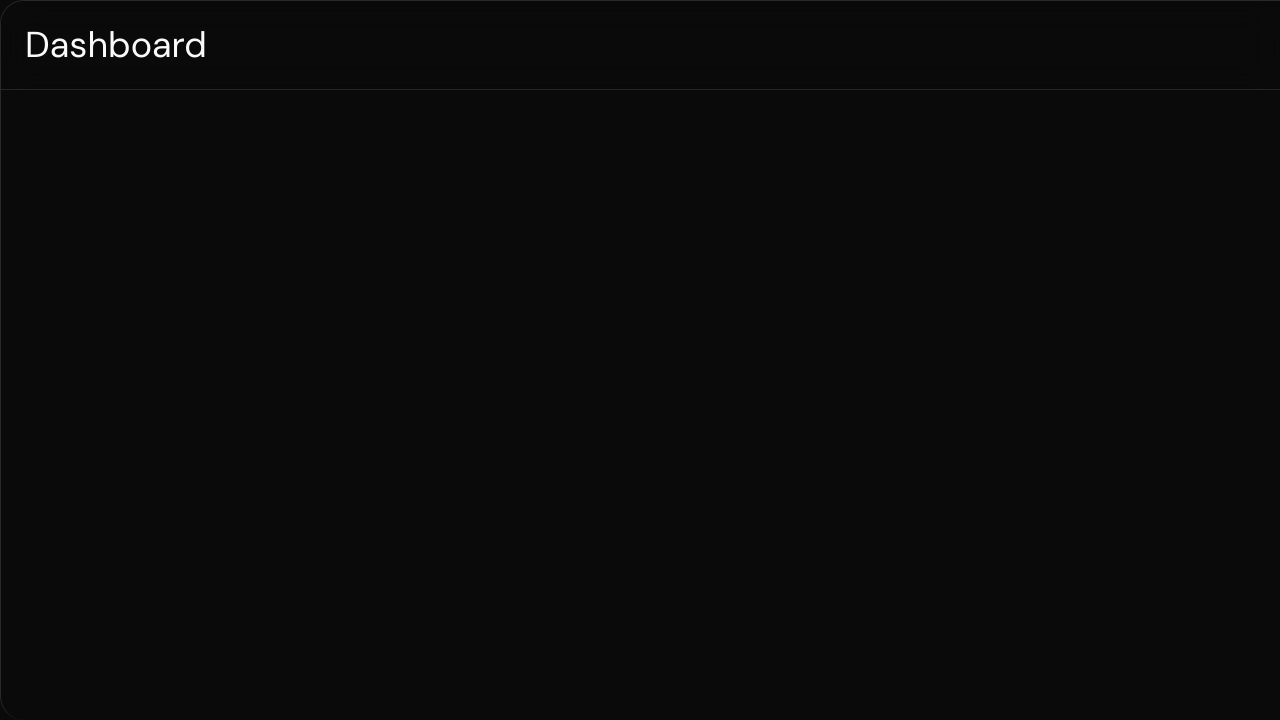
Repository: MikeeBuilds/fuzzi
Page: /dashboard
An editor plug-in stored every save of this project. The page is shown before and after a run of saves, followed by the edit.
The browser window is 1280 px wide. The pictures show the whole page.
The project was rebuilt for these pictures with package versions that can differ from the ones it lists, and the page was loaded fresh each time. The framework's server and built-in components were replaced by stand-ins that run in the browser. Also part of the build but not shown: next.config.mjs.

Above is the page before, as saved 2024-04-24 15:14:29.

### src/app/layout.tsx
import type { Metadata } from "next";
import { ThemeProvider } from "@/providers/theme-provider"
import { DM_Sans } from "next/font/google";
import "./globals.css";

const font = DM_Sans({ subsets: ["latin"] });

export const metadata: Metadata = {
  title: "Fuzzii",
  description: "Automate your work with Fuzzii",
};

export default function RootLayout({
  children,
}: Readonly<{
  children: React.ReactNode;
}>) {
  return (
    <html lang="en">
      <body className={font.className}>
      <ThemeProvider
            attribute="class"
            defaultTheme="dark"
            enableSystem
            disableTransitionOnChange
          >
        {children}
        </ThemeProvider>
      </body>
    </html>
  );
}

### src/app/(main)/layout.tsx
import React from 'react'

type Props = { children: React.ReactNode }

const Layout = (props: Props) => {
  return (
    <div className='flex overflow-hidden h-screen'>

        <div className='w-full'>
            {props.children}
        </div>
    </div>
  )
}

export default Layout

### src/app/(main)/(pages)/layout.tsx
import React from'react'

type Props = { children: React.ReactNode }

const Layout = ({ children }: Props) => {
    return (
        <div className='border-l-[1px] border-t-[1px] pb-20 h-screen rounded-l-3xl border-muted-foreground/20 overflow-scroll'>
            {children}
        </div>
    )
}

export default Layout

### src/app/(main)/(pages)/dashboard/page.tsx
import React from 'react'


const DashboardPage = () => {
  return (
    <div className='flex flex-col gap-4 relative'>
      <h1 className='text-4xl sticky top-0 z-[10] p-6 bg-background/50 backdrop-blur-lg flex items-center border-b'>
        Dashboard
      </h1>
    </div>
  )
}

export default DashboardPage

### src/providers/theme-provider.tsx
"use client"

import * as React from "react"

import { ThemeProvider as NextThemesProvider } from "next-themes"
import { type ThemeProviderProps } from "next-themes/dist/types"

export function ThemeProvider({ children, ...props }: ThemeProviderProps) {
  return <NextThemesProvider {...props}>{children}</NextThemesProvider>
}

### src/components/sidebar/index.tsx
'use client'

import React from 'react'

type Props = {}

const MenuOptions = (props: Props) => {
  return <div>MenuOptions</div>

}

export default MenuOptions

Loaded but not shown: src/app/globals.css (common file); tailwind.config.ts (common file)

After the next 4 saves:
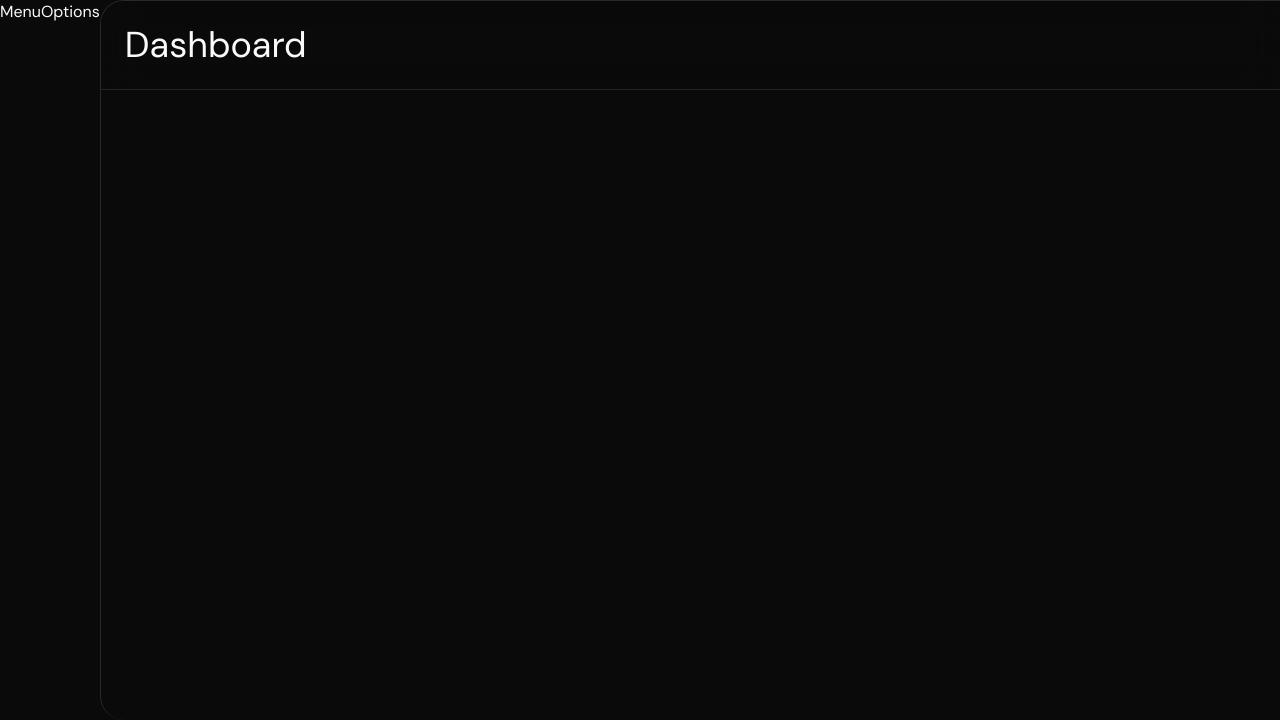
The 4 saves are shown as one change because 2 did not build or start and some came seconds apart.
The last was saved 30 s later.
--- a/src/app/(main)/layout.tsx
+++ b/src/app/(main)/layout.tsx
@@ -1,11 +1,12 @@
 import React from 'react'
+import Sidebar from '../../components/sidebar'
 
 type Props = { children: React.ReactNode }
 
 const Layout = (props: Props) => {
   return (
     <div className='flex overflow-hidden h-screen'>
-
+      <Sidebar />
         <div className='w-full'>
             {props.children}
         </div>
